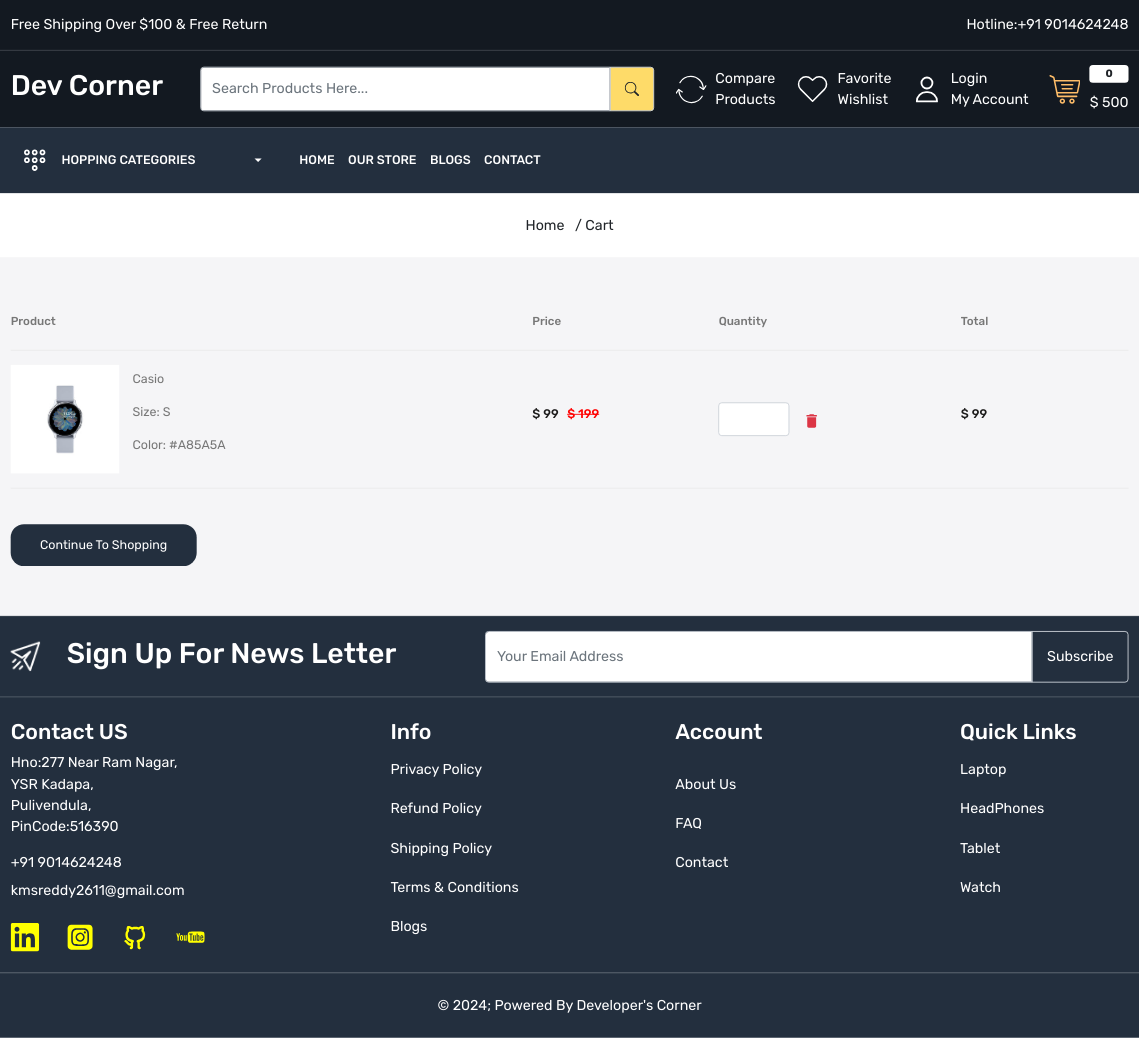
Repository: maniheist/ecommerce-app
Page: /cart
These files come from the project's save history. The page is drawn as it stood at one moment and after the next save; the edit follows.
The browser window is 1280 px wide. The pictures show the whole page, at 89% of full size.
The project was rebuilt for these pictures with package versions that can differ from the ones it lists, and the page was loaded fresh each time. Also part of the build but not shown: src/components/BlogCard.js, src/components/ProductCard.js, src/components/SpecialProduct.js, src/pages/Home.js, src/pages/About.js, src/pages/Contact.js, src/components/Color.js, src/pages/OurStore.js and 13 more.

Above is the page before, as saved 2024-02-21 17:48:17.

After the next save:
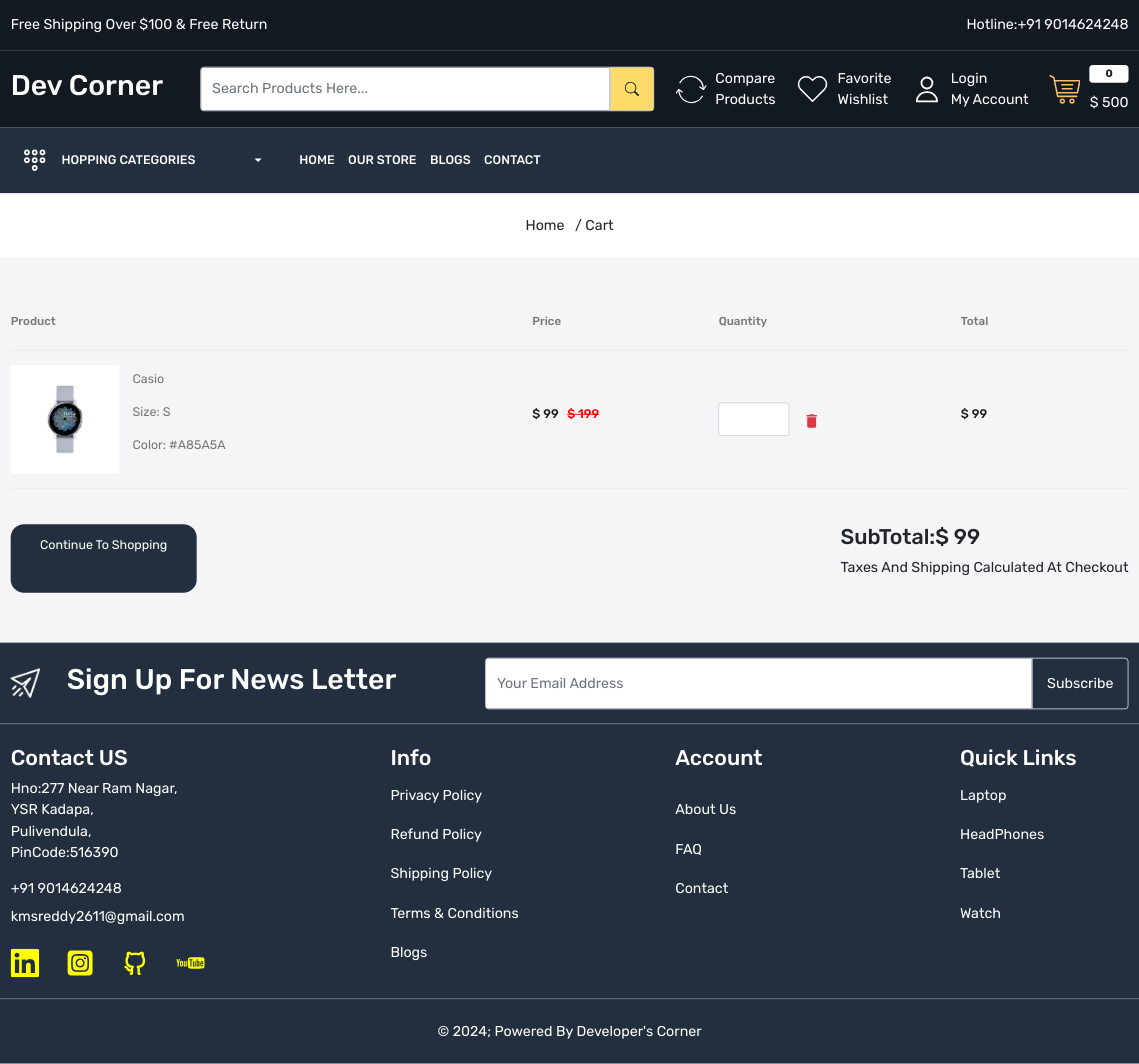
Saved 57 s later.
--- a/src/pages/Cart.js
+++ b/src/pages/Cart.js
@@ -48,7 +48,11 @@ const Cart = () => {
                 </div>
                 <div className='col-12 py-2 mt-4'>
                 <div className='d-flex justify-content-between'>
-                                        <Link to='/product' className='button'>Continue To Shopping</Link>
+                <Link to='/product' className='button'>Continue To Shopping</Link>
+                <div>
+                    <h4>SubTotal:$ 99</h4>
+                    <p>Taxes And Shipping Calculated At Checkout</p>
+                </div>
 
                 </div>
                 </div>
